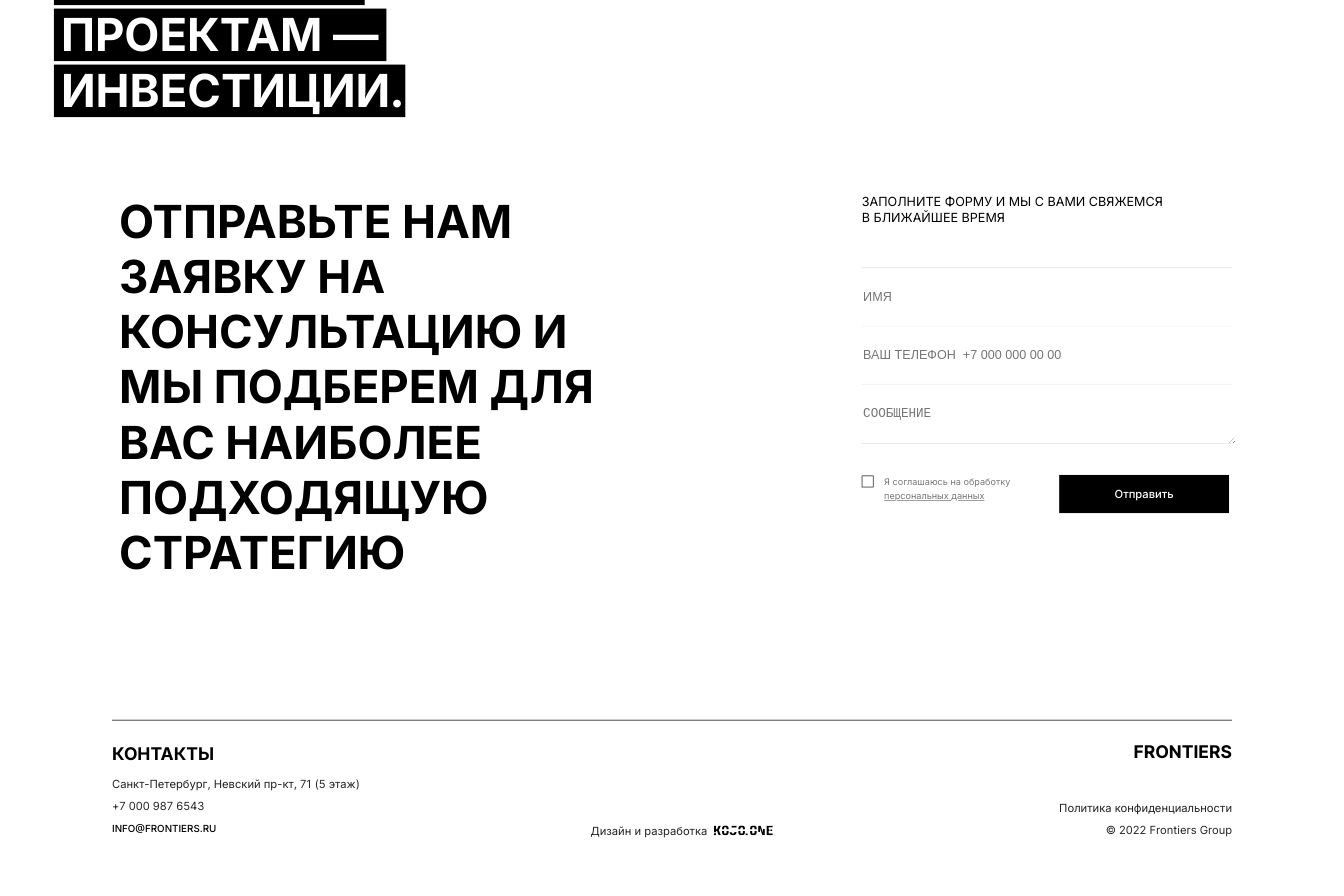
Repository: NadyaKorvin/frontiers
Page: /
An editor plug-in stored every save of this project. The page is shown before and after a run of saves, followed by the edit.
The browser window is 1280 px wide. The page is 1920 px wide, so the pictures cover 1920 px, including what lies to the right of the window. The pictures show the part of the page from y = 1385 to 2665 px (the page is 2665 px tall), at 70% of full size.
The project was rebuilt for these pictures with package versions that can differ from the ones it lists, and the page was loaded fresh each time.

Above is the page before, as saved 2022-05-26 12:53:22.

### public/index.html
<!DOCTYPE html>
<html lang="en">
  <head>
    <meta charset="utf-8" />
    <link rel="icon" href="%PUBLIC_URL%/favicon.ico" />
    <meta name="viewport" content="width=device-width, initial-scale=1" />
    <meta name="theme-color" content="#000000" />
    <meta name="description" content="Web site created using create-react-app" />
    <link rel="apple-touch-icon" href="%PUBLIC_URL%/logo192.png" />
    <link rel="manifest" href="%PUBLIC_URL%/manifest.json" />
    <link rel="preconnect" href="https://fonts.googleapis.com" />
    <link rel="preconnect" href="https://fonts.gstatic.com" crossorigin />
    <link href="https://fonts.googleapis.com/css2?family=Inter:wght@300;400;500;700&display=swap" rel="stylesheet" />
    <title>FRONTIERS</title>
  </head>
  <body>
    <noscript>You need to enable JavaScript to run this app.</noscript>
    <div id="root"></div>
  </body>
</html>

### src/index.js
import React from "react"
import ReactDOM from "react-dom/client"

import App from "./App"

const root = ReactDOM.createRoot(document.getElementById("root"))
root.render(
  <React.StrictMode>
    <App />
  </React.StrictMode>
)

### src/App.js
import { useState } from "react";
import "./App.css";
import { SecondScreenAnimation } from "./components/secondScreen/SecondScreenAnimation";
import FirstScreen from "./components/firstScreen/FirstScreen";
import LastScreen from "./components/lastScreen/LastScreen";

function App() {
  const [mousePosition, setMousePosition] = useState("");

  const listenUpperMousePosition = (event) => {
    console.log(event);
    console.log(event.target);
    setMousePosition(event.target);
  };

  return (
    <>
      <FirstScreen />
      <div className="App">
        <SecondScreenAnimation listenMousePosition={listenUpperMousePosition} />
      </div>
      <LastScreen />
    </>
  );
}
export default App;

### src/App.css
@import url("./reset.css");
@import url("./components/secondScreen/SecondScreen.css");
@import url("./font/font.css");
@import url("./components/firstScreen/FirstScreen.css");
@import url("./components/lastScreen/LastScreen.css");
@import url("./components/button/Button.css");
@import url("./components/form/Form.css");

body {
  font-family: "Inter";
}

### src/components/firstScreen/FirstScreen.js
import React from "react";
import style from "./FirstScreen.module.css";
import image from "../../images/image.webp";

export default function FirstScreen() {
  const pointer = (
    <svg
      width="8"
      height="101"
      viewBox="0 0 8 101"
      fill="none"
      xmlns="http://www.w3.org/2000/svg"
    >
      <path
        d="M4.35355 100.356C4.15829 100.551 3.84171 100.551 3.64645 100.356L0.464466 97.1735C0.269204 96.9783 0.269204 96.6617 0.464466 96.4664C0.659728 96.2712 0.976311 96.2712 1.17157 96.4664L4 99.2948L6.82843 96.4664C7.02369 96.2712 7.34027 96.2712 7.53553 96.4664C7.7308 96.6617 7.7308 96.9783 7.53553 97.1735L4.35355 100.356ZM3.5 100.002L3.5 0.00195312H4.5L4.5 100.002H3.5Z"
        fill="black"
      />
    </svg>
  );

  return (
    <>
      <section className={style.first__screen}>
        <header className={style.header}>
          <div className={style.logotype}>FRONTIERS</div>
          <nav className={style.nav__sidebar}>
            <ul>Агенство</ul>
            <ul>Кейсы</ul>
            <ul>Услуги</ul>
            <ul>Контакты</ul>
          </nav>
          <div className={style.button}>
            <p className={style.text__btn}>Получить консультацию</p>
          </div>
        </header>
        <div className={style.content}>
          <p>ИНВЕСТИЦИИ</p>
          <p>НЕ</p>
          <p>СЛОЖНО</p>
          <p>
            Мы помогли заработать более 50 млн рублей частным инвесторам в 2021
            году на вложениях в российский бизнес
          </p>
          <p>ПРОКРУТИ ВНИЗ</p>
          <div className={style.content__pointer}>{pointer}</div>
          <img src={image} alt="" />
        </div>
      </section>
    </>
  );
}

### src/components/lastScreen/LastScreen.js
import React from "react";
import style from "./LastScreen.module.css";
import Form from "../form/Form"
import Kojo from "../../images/Kojo"

export default function LastScreen() {
  return (
    <>
      <section className={style.last__screen}>
        <div className={style.wrapper}>
          <div className={style.left__content}>
            <p>
              ОТПРАВЬТЕ НАМ ЗАЯВКУ НА КОНСУЛЬТАЦИЮ И МЫ ПОДБЕРЕМ ДЛЯ ВАС
              НАИБОЛЕЕ ПОДХОДЯЩУЮ СТРАТЕГИЮ
            </p>
          </div>
          <div className={style.right__content}>
            <div className={style.text__form}>
              <p>ЗАПОЛНИТЕ ФОРМУ И МЫ С ВАМИ СВЯЖЕМСЯ В БЛИЖАЙШЕЕ ВРЕМЯ</p>
            </div>
            <Form />
          </div>
        </div>
        <footer className={style.footer}>
          <div className={style.contact}>
            <p>КОНТАКТЫ</p>
            <p>Санкт-Петербург, Невский пр-кт, 71 (5 этаж)</p>
            <p>+7 000 987 6543</p>
            <p><a href="mailto:info@frontiers.ru" >info@frontiers.ru</a></p>
          </div>
          <div className={style.design}>
            <p>Дизайн и разработка</p>
            <Kojo />
          </div>
          <div className={style.frontiers}>
            <p>FRONTIERS</p>
            <p>Политика конфиденциальности</p>
            <p>© 2022 Frontiers Group</p>
          </div>
        </footer>
      </section>
    </>
  );
}

### src/reset.css
html,
body,
div,
span,
applet,
object,
iframe,
h1,
h2,
h3,
h4,
h5,
h6,
p,
blockquote,
pre,
a,
abbr,
acronym,
address,
big,
cite,
code,
del,
dfn,
em,
img,
ins,
kbd,
q,
s,
samp,
small,
strike,
strong,
sub,
sup,
tt,
var,
b,
u,
i,
center,
dl,
dt,
dd,
ol,
ul,
li,
fieldset,
form,
label,
legend,
table,
caption,
tbody,
tfoot,
thead,
tr,
th,
td,
article,
aside,
canvas,
details,
embed,
figure,
figcaption,
footer,
header,
hgroup,
menu,
nav,
output,
ruby,
section,
summary,
time,
mark,
audio,
video {
  margin: 0;
  padding: 0;
  border: 0;
  font-size: 100%;
  font: inherit;
  vertical-align: baseline;
}

:focus {
  outline: 0;
}

article,
aside,
details,
figcaption,
figure,
footer,
header,
hgroup,
menu,
nav,
section {
  display: block;
}

body {
  line-height: 1;
}

ol,
ul {
  list-style: none;
}

blockquote,
q {
  quotes: none;
}

blockquote:before,
blockquote:after,
q:before,
q:after {
  content: "";
  content: none;
}

table {
  border-collapse: collapse;
  border-spacing: 0;
}

input[type="search"]::-webkit-search-cancel-button,
input[type="search"]::-webkit-search-decoration,
input[type="search"]::-webkit-search-results-button,
input[type="search"]::-webkit-search-results-decoration {
  -webkit-appearance: none;
  -moz-appearance: none;
}

input[type="search"] {
  -webkit-appearance: none;
  -moz-appearance: none;
  -webkit-box-sizing: content-box;
  -moz-box-sizing: content-box;
  box-sizing: content-box;
}

textarea {
  overflow: auto;
  vertical-align: top;
  resize: vertical;
}

[hidden] {
  display: none;
}

html {
  font-size: 100%; /* 1 */
  -webkit-text-size-adjust: 100%; /* 2 */
  -ms-text-size-adjust: 100%; /* 2 */
}

a:focus {
  outline: thin dotted;
}

a:active,
a:hover {
  outline: 0;
}

img {
  border: 0;
  -ms-interpolation-mode: bicubic;
}

figure {
  margin: 0;
}

form {
  margin: 0;
}

fieldset {
  border: 1px solid #c0c0c0;
  margin: 0 2px;
  padding: 0.35em 0.625em 0.75em;
}

legend {
  border: 0; /* 1 */
  padding: 0;
  white-space: normal; /* 2 */
  *margin-left: -7px; /* 3 */
}

button,
input,
select,
textarea {
  font-size: 100%; /* 1 */
  margin: 0; /* 2 */
  vertical-align: baseline; /* 3 */
  *vertical-align: middle; /* 3 */
}

button,
input {
  line-height: normal;
}

button,
select {
  text-transform: none;
}

button,
html input[type="button"], /* 1 */
input[type="reset"],
input[type="submit"] {
  -webkit-appearance: button; /* 2 */
  cursor: pointer; /* 3 */
  *overflow: visible; /* 4 */
}

button[disabled],
html input[disabled] {
  cursor: default;
}

input[type="checkbox"],
input[type="radio"] {
  box-sizing: border-box; /* 1 */
  padding: 0; /* 2 */
  *height: 13px; /* 3 */
  *width: 13px; /* 3 */
}

input[type="search"] {
  -webkit-appearance: textfield; /* 1 */
  -moz-box-sizing: content-box;
  -webkit-box-sizing: content-box; /* 2 */
  box-sizing: content-box;
}

input[type="search"]::-webkit-search-cancel-button,
input[type="search"]::-webkit-search-decoration {
  -webkit-appearance: none;
}

button::-moz-focus-inner,
input::-moz-focus-inner {
  border: 0;
  padding: 0;
}

textarea {
  overflow: auto; /* 1 */
  vertical-align: top; /* 2 */
}

table {
  border-collapse: collapse;
  border-spacing: 0;
}

html,
button,
input,
select,
textarea {
  color: #222;
}

::-moz-selection {
  background: #b3d4fc;
  text-shadow: none;
}

::selection {
  background: #b3d4fc;
  text-shadow: none;
}

img {
  vertical-align: middle;
}

fieldset {
  border: 0;
  margin: 0;
  padding: 0;
}

textarea {
  resize: vertical;
}

.chromeframe {
  margin: 0.2em 0;
  background: #ccc;
  color: #000;
  padding: 0.2em 0;
}

### src/components/secondScreen/SecondScreen.css
.second__screen {
  display: flex;
  justify-content: space-between;
  margin: 0 auto;
  margin-top: 174px;
  /* придкмать решение сделать по центру*/
  display: flex;
  width: 1600px;
  height: 733px;
}

.animation__text_block {
  display: block;
  margin-left: 87px;
}

.animation__text_first_part,
.animation__text_second_part {
  width: 770px;
  text-transform: uppercase;
  font-size: 65px;
  font-weight: 700;
  line-height: 79px;
  transition: 0.6s ease-out;
}

.animation__text_second_part {
  color: #fff;
}

.animation__black_lines {
  margin-left: -10px;
  margin-top: -236px;
}

.animation__1th_black_line {
  margin-bottom: 5px;
  height: 75px;
  width: 444px;
  background-color: #000;
  transition: 0.6s ease-out;
}

.animation__2th_black_line {
  margin-bottom: 5px;
  height: 75px;
  width: 475px;
  background-color: #000;
  transition: 0.6s ease-out;
}
.animation__3th_black_line {
  height: 75px;
  width: 502px;
  background-color: #000;
  transition: 0.6s ease-out;
}

.right__part {
  display: flex;
  margin-left: 190px;
  flex-direction: column;
}

.conversation__image {
  margin-right: 222px;
  display: block;
  width: 400px;
  height: 400px;
  background: url("../secondScreen/people.png");
}

.decoration_marks {
  margin-top: -110px;
  transform: rotate(-180deg);
  font-size: 200px;
  font-weight: 300;
}

.text_paragraph {
  margin-left: 90px;
  width: 431px;
  font-size: 18px;
  font-weight: 400;
  line-height: 23px;
  text-transform: uppercase;
  line-height: 130%;
}

### src/font/font.css
@font-face {
  font-family: "Inter";
  src:
    url("./Inter-Bold.ttf") format("truetype")
    url("./Inter-Bold.woff2") format("woff2"),
    url("./Inter-Bold.woff") format("woff");
  font-weight: 700;
  font-style: normal;
  font-stretch: normal;
  unicode-range: U+0020-E0D0;
}

@font-face {
  font-family: "Inter";
  src:
    url("./Inter-Regular.woff2") format("woff2"),
    url("./Inter-Regular.ttf") format("truetype")
    url("./Inter-Regular.woff") format("woff");
  font-weight: 400;
  font-style: normal;
  font-stretch: normal;
  unicode-range: U+0020-E0D0;
}

@font-face {
    font-family:'Inter Medium';
    src:
        url("./Inter-Medium.ttf") format("truetype")
        url('Inter-Medium.woff2') format('woff2'),
		url('Inter-Medium.woff') format('woff');
    font-weight: 500;
    font-style: normal;
    font-stretch: normal;
    unicode-range: U+0020-E0D0;
}

@font-face {
    font-family:'Inter Light';
    src:
        url("./Inter-Light.ttf") format("truetype")
        url('Inter-Light.woff2') format('woff2'),
		url('Inter-Light.woff') format('woff');
    font-weight: 300;
    font-style: normal;
    font-stretch: normal;
    unicode-range: U+0020-E0D0;
}

### src/components/firstScreen/FirstScreen.css
.firstscreen {
  width: 1920px;
  height: 1080px;
}

.firstscreen__header {
  width: 1600px;
  height: 82px;
  margin: 0 160px;
  border-bottom: 1px solid #000000;
  display: flex;
}

.firstscreen__logotype {
  width: 151px;
  height: 30px;
  padding-top: 27px;
  font-family: "Inter";
  font-style: normal;
  font-weight: 700;
  font-size: 25px;
  line-height: 30px;
  letter-spacing: 0.05em;
  color: #000000;
}

.firstscreen__nav_sidebar {
  display: flex;
  justify-content: space-between;
  width: 473px;
  padding-top: 33px;
  padding-left: 633px;
}

.firstscreen__button {
  position: absolute;
  width: 243px;
  height: 45px;
  left: 1517px;
  top: 19px;
  background: #000000;
}

.firstscreen__text_btn {
  padding-top: 12px;
  padding-bottom: 12px;
  font-family: "Inter";
  font-style: normal;
  font-weight: 500;
  font-size: 16px;
  line-height: 19px;
  text-align: center;
  color: #ffffff;
}

.firstscreen__content > p {
  position: absolute;
  font-family: "Inter";
  font-style: normal;
  font-weight: 400;
  font-size: 160px;
  line-height: 194px;
  text-transform: uppercase;
  color: #000000;
}

p:nth-child(1) {
  top: 83px;
  left: 160px;
}

p:nth-child(2) {
  top: 285px;
  left: 1449px;
}

p:nth-child(3) {
  top: 461px;
  left: 568px;
}

p:nth-child(4) {
  width: 265px;
  height: 90px;
  top: 118px;
  left: 1464px;
  box-sizing: content-box;
  font-family: "Inter";
  font-style: normal;
  font-weight: 500;
  font-size: 14px;
  line-height: 130%;
  text-transform: uppercase;
  color: #000000;
}

p:nth-child(5) {
  position: absolute;
  width: 130px;
  height: 17px;
  left: 104px;
  top: 865px;
  font-family: "Inter";
  font-style: normal;
  font-weight: 500;
  font-size: 14px;
  line-height: 17px;
  letter-spacing: 0.05em;
  color: #000000;
  transform: rotate(-90deg);
}

.firstscreen__content_pointer {
    position: absolute;
    top: 876px;
    left: 187px;
}

.firstscreen__img {
  position: absolute;
  top: 714px;
  left: 568px;
  width: 1352px;
  height: 366px;
}

### src/components/lastScreen/LastScreen.css
.lastscreen {
  width: 1920px;
  height: 1080px;
}

.lastscreen__wrapper {
  position: relative;
  top: 109px;
  left: 170px;
  display: flex;
  justify-content: space-between;
  width: 1590px;
  height: 553px;
}

.lastscreen__left_content {
  position: relative;
  width: 775px;
  height: 553px;
  box-sizing: border-box;
  font-family: "Inter";
  font-style: normal;
  font-weight: 700;
  font-size: 65px;
  line-height: 79px;
  text-transform: uppercase;
  color: #000000;
}

.lastscreen__right_content {
  position: relative;
  width: 529px;
  height: 553px;
}

.lastscreen__text_form {
  width: 529px;
  height: 46px;
  left: 1231px;
  top: 4438px;
  font-family: "Inter";
  font-style: normal;
  font-weight: 400;
  font-size: 18px;
  line-height: 130%;
  text-transform: uppercase;
  color: #000000;
}

.lastscreen__footer {
  position: relative;
  margin: 308px 160px 0;
  width: 1600px;
  border-top: 1px solid #000000;
  bottom: 0px;
  display: flex;
  justify-content: space-between;
}

.lastscreen__contact {
  width: 357px;
}

.lastscreen__contact > p:nth-child(1) {
  padding: 33px 0 20px;
  font-family: "Inter";
  font-style: normal;
  font-weight: 700;
  font-size: 25px;
  line-height: 30px;
  color: #000000;
}

.contact > p:nth-child(2),
.contact > p:nth-child(3),
.contact > p:nth-child(4) {
  padding-bottom: 15px;
}

.design {
  padding-top: 150px;
  width: 260px;
  display: flex;
  margin-left: -80px;
  justify-content: space-between;
}

.frontiers {
  width: 250px;
  text-align: end;
}

.lastscreen__frontiers > p:nth-child(1) {
    padding: 30px 0 57px;
    font-family: "Inter";
    font-style: normal;
    font-weight: 700;
    font-size: 25px;
    line-height: 30px;
    color: #000000;
  }

.lastscreen__frontiers > p:nth-child(2),
.lastscreen__frontiers > p:nth-child(3) {
    padding-bottom: 15px;
}

a {
    text-decoration: none;
    color: #000000;
}

### src/components/button/Button.css
.btn {
  position: relative;
  display: block;
  width: 243px;
  height: 45px;
  font-family: "Inter";
  font-size: 16px;
  background-color: #000000;
  border: 0;
  text-align: center;
  cursor: pointer;
  font-family: "Inter";
  font-style: normal;
  font-weight: 500;
  font-size: 16px;
  line-height: 19px;
  color: #ffffff;
}

.form_btn {
  position: relative;
  display: block;
  width: 243px;
  height: 55px;
  font-family: "Inter";
  font-size: 16px;
  background-color: #000000;
  border: 0;
  text-align: center;
  cursor: pointer;
  font-family: "Inter";
  font-style: normal;
  font-weight: 500;
  font-size: 16px;
  line-height: 19px;
  color: #ffffff;
}

### src/components/form/Form.css
.form {
  margin-top: 60px;
  width: 529px;
  height: 355px;
  border-top: 1px solid #d1d1d1;
}

.form__input,
.form__textarea {
  width: 529px;
  height: 80px;
  border: 0;
  outline: none;
  font-size: 18px;
  color: #000000;
  text-transform: uppercase;
}

.form__textarea {
  height: 80px;
  line-height: 80px;
  overflow: hidden;
  /* resize: none; */
}

.form__borders {
  border-bottom: 1px solid #d1d1d1;
}

.form__consent {
  display: -webkit-box;
  display: -ms-flexbox;
  display: flex;
  margin: 30px 0 0;
}

.form__policy_text {
  margin-top: 15px;
  margin-left: 15px;
  width: 250px;
  height: 40px;
  box-sizing: border-box;
  font-family: "Inter";
  font-style: normal;
  font-weight: 400;
  font-size: 13px;
  line-height: 150%;
  color: #787878;
}

.form__checkbox {
  opacity: 0;
  width: 0;
}

.form__checkfake {
  margin: 15px 0;
  display: block;
  width: 15px;
  height: 15px;
  border: 1px solid #1f1f1f;
  cursor: pointer;
}

.form__checkfake::before {
  content: "";
  position: absolute;
  display: block;
  width: 14px;
  height: 14px;
  background: url("../../images/checkmark.svg");
  opacity: 0;
}

.form__checkbox:checked + .checkfake::before {
  opacity: 1;
}

.form__focus {
  text-transform: uppercase;
  color: #ff0000;
  margin-bottom: 10px;
  font-size: 13px;
}

.form__focus_consent {
  position: relative;
  top: 10px;
  text-transform: uppercase;
  color: #ff0000;
  font-size: 13px;
}

.form__btn {
    margin-top: 14px;
  position: relative;
  overflow: hidden;
}

### src/components/firstScreen/FirstScreen.module.css
.first__screen {
  width: 1920px;
  height: 1080px;
}

.header {
  width: 1600px;
  height: 82px;
  margin: 0 160px;
  border-bottom: 1px solid #000000;
  display: flex;
}

.logotype {
  width: 151px;
  height: 30px;
  padding-top: 27px;
  font-family: "Inter";
  font-style: normal;
  font-weight: 700;
  font-size: 25px;
  line-height: 30px;
  letter-spacing: 0.05em;
  color: #000000;
}

.nav__sidebar {
  display: flex;
  justify-content: space-between;
  width: 473px;
  padding-top: 33px;
  padding-left: 633px;
}

.button {
  position: absolute;
  width: 243px;
  height: 45px;
  left: 1517px;
  top: 19px;
  background: #000000;
}

.text__btn {
  padding-top: 12px;
  padding-bottom: 12px;
  font-family: "Inter";
  font-style: normal;
  font-weight: 500;
  font-size: 16px;
  line-height: 19px;
  text-align: center;
  color: #ffffff;
}

.content > p {
  position: absolute;
  font-family: "Inter";
  font-style: normal;
  font-weight: 400;
  font-size: 160px;
  line-height: 194px;
  text-transform: uppercase;
  color: #000000;
}

p:nth-child(1) {
  top: 83px;
  left: 160px;
}

p:nth-child(2) {
  top: 285px;
  left: 1449px;
}

p:nth-child(3) {
  top: 461px;
  left: 568px;
}

p:nth-child(4) {
  width: 265px;
  height: 90px;
  top: 118px;
  left: 1464px;
  box-sizing: content-box;
  font-family: "Inter";
  font-style: normal;
  font-weight: 500;
  font-size: 14px;
  line-height: 130%;
  text-transform: uppercase;
  color: #000000;
}

p:nth-child(5) {
  position: absolute;
  width: 130px;
  height: 17px;
  left: 104px;
  top: 865px;
  font-family: "Inter";
  font-style: normal;
  font-weight: 500;
  font-size: 14px;
  line-height: 17px;
  letter-spacing: 0.05em;
  color: #000000;
  transform: rotate(-90deg);
}

.content__pointer {
    position: absolute;
    top: 876px;
    left: 187px;
}

img {
  position: absolute;
  top: 714px;
  left: 568px;
  width: 1352px;
  height: 366px;
}

### src/components/lastScreen/LastScreen.module.css
.last__screen {
  width: 1920px;
  height: 1080px;
}

.wrapper {
  position: relative;
  top: 109px;
  left: 170px;
  display: flex;
  justify-content: space-between;
  width: 1590px;
  height: 553px;
}

.left__content {
  position: relative;
  width: 775px;
  height: 553px;
  box-sizing: border-box;
  font-family: "Inter";
  font-style: normal;
  font-weight: 700;
  font-size: 65px;
  line-height: 79px;
  text-transform: uppercase;
  color: #000000;
}

.right__content {
  position: relative;
  width: 529px;
  height: 553px;
}

.text__form {
  width: 529px;
  height: 46px;
  left: 1231px;
  top: 4438px;
  font-family: "Inter";
  font-style: normal;
  font-weight: 400;
  font-size: 18px;
  line-height: 130%;
  text-transform: uppercase;
  color: #000000;
}

.footer {
  position: relative;
  margin: 308px 160px 0;
  width: 1600px;
  border-top: 1px solid #000000;
  bottom: 0px;
  display: flex;
  justify-content: space-between;
}

.contact {
  width: 357px;
}

.contact > p:nth-child(1) {
  padding: 33px 0 20px;
  font-family: "Inter";
  font-style: normal;
  font-weight: 700;
  font-size: 25px;
  line-height: 30px;
  color: #000000;
}

.contact > p:nth-child(2),
.contact > p:nth-child(3),
.contact > p:nth-child(4) {
  padding-bottom: 15px;
}

.design {
  padding-top: 150px;
  width: 260px;
  display: flex;
  margin-left: -80px;
  justify-content: space-between;
}

.frontiers {
  width: 250px;
  text-align: end;
}

.frontiers > p:nth-child(1) {
    padding: 30px 0 57px;
    font-family: "Inter";
    font-style: normal;
    font-weight: 700;
    font-size: 25px;
    line-height: 30px;
    color: #000000;
  }

.frontiers > p:nth-child(2),
.frontiers > p:nth-child(3) {
    padding-bottom: 15px;
}

a {
    text-decoration: none;
    color: #000000;
}

### src/components/button/Button.js
import React from "react";
import style from "./Button.module.css";

export default function Button({ title }) {
  return (
    <>
      <button className={style.form_btn} >
        {title}
      </button>
    </>
  );
}

### src/components/button/Button.module.css
.btn {
  position: relative;
  display: block;
  width: 243px;
  height: 45px;
  font-family: "Inter";
  font-size: 16px;
  background-color: #000000;
  border: 0;
  text-align: center;
  cursor: pointer;
  font-family: "Inter";
  font-style: normal;
  font-weight: 500;
  font-size: 16px;
  line-height: 19px;
  color: #ffffff;
}

.form_btn {
  position: relative;
  display: block;
  width: 243px;
  height: 55px;
  font-family: "Inter";
  font-size: 16px;
  background-color: #000000;
  border: 0;
  text-align: center;
  cursor: pointer;
  font-family: "Inter";
  font-style: normal;
  font-weight: 500;
  font-size: 16px;
  line-height: 19px;
  color: #ffffff;
}

Loaded but not shown: src/images/Kojo.js (76 lines, source omitted); src/components/form/Form.js (142 lines, source omitted); src/components/secondScreen/SecondScreenAnimation.js (44 lines, source omitted)

After the next 3 saves:
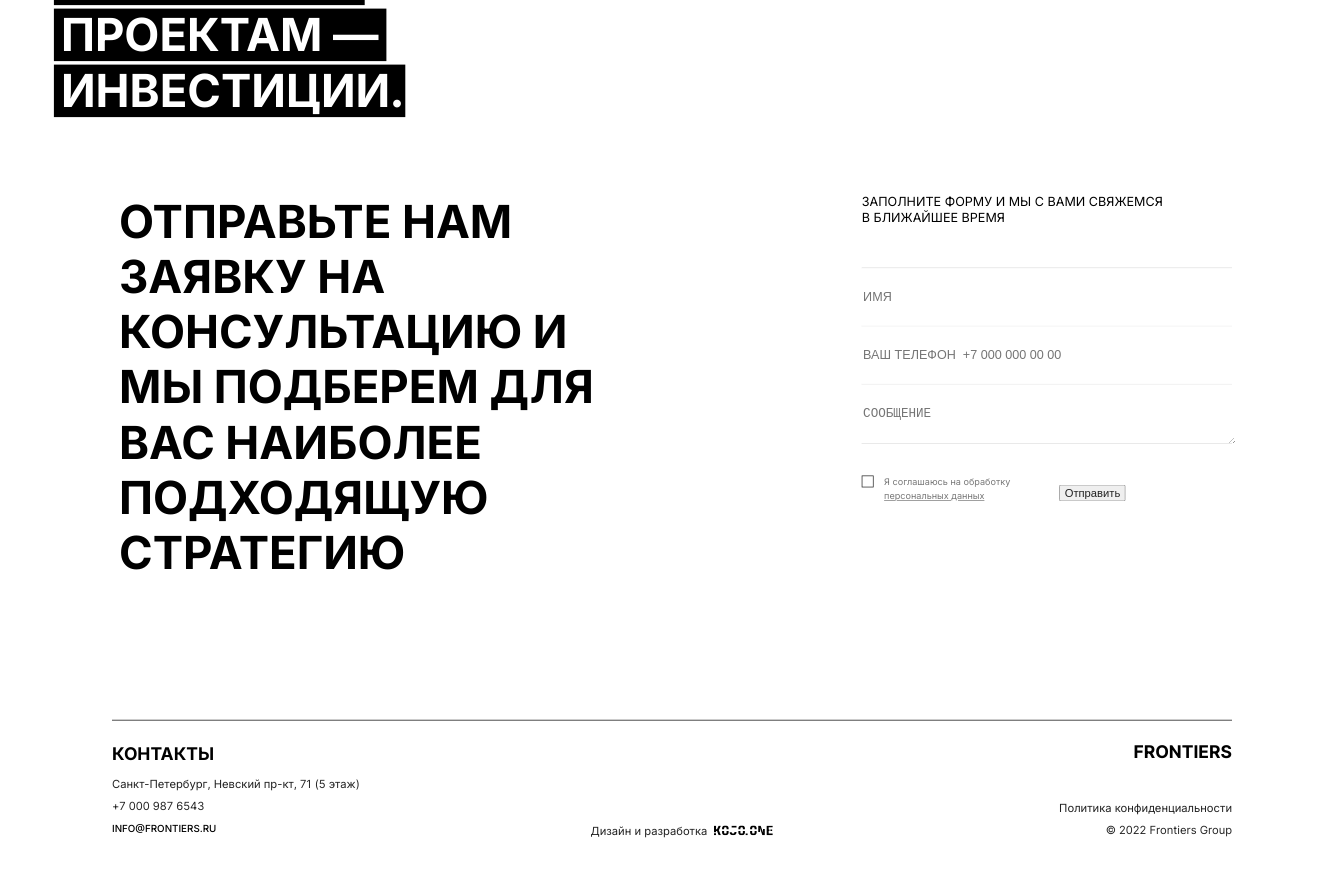
The 3 saves are shown as one change because 2 did not build or start.
The last was saved 90 s later.
--- a/src/components/button/Button.js
+++ b/src/components/button/Button.js
@@ -1,10 +1,9 @@
 import React from "react";
-import style from "./Button.module.css";
 
 export default function Button({ title }) {
   return (
     <>
-      <button className={style.form_btn} >
+      <button className="form__btn" >
         {title}
       </button>
     </>
